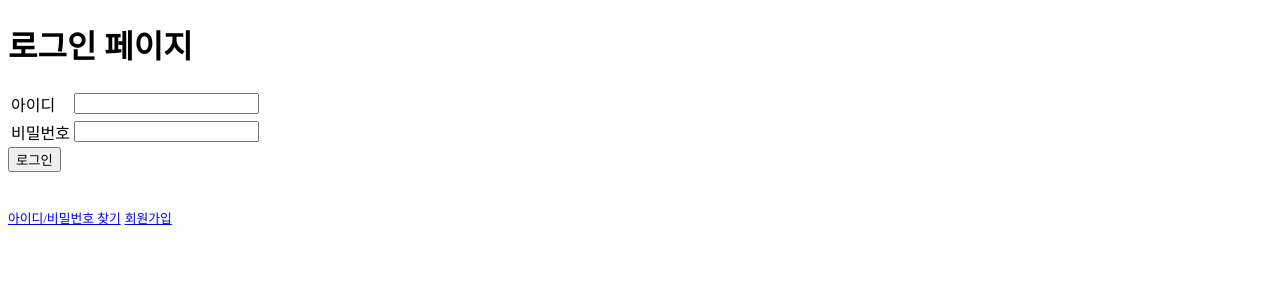
Repository: ksccmp/notice-board
Page: http://localhost/board/login.jsp
An editor plug-in stored every save of this project. The page is shown before and after the next save, followed by the edit.
The browser window is 1280 px wide. The pictures show the whole page.
The page is served by Tomcat 9. Nobody is signed in. The application's start-up code is not run.

Above is the page before, as saved 2019-09-18 13:29:54.

After the next save:
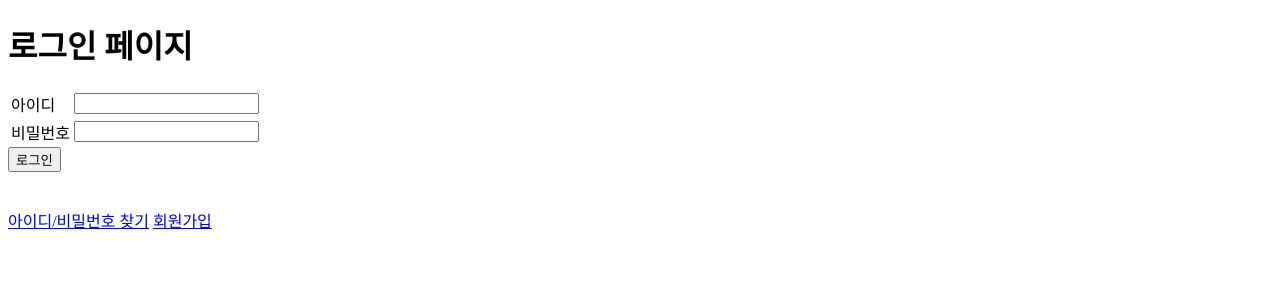
Saved 6 s later.
--- a/board/src/main/webapp/login.jsp
+++ b/board/src/main/webapp/login.jsp
@@ -8,7 +8,7 @@
 </head>
 <style>
 	#hreffont {
-		font-size: 0.8em;
+		font-size: 1em;
 	}
 </style>
 <body>
